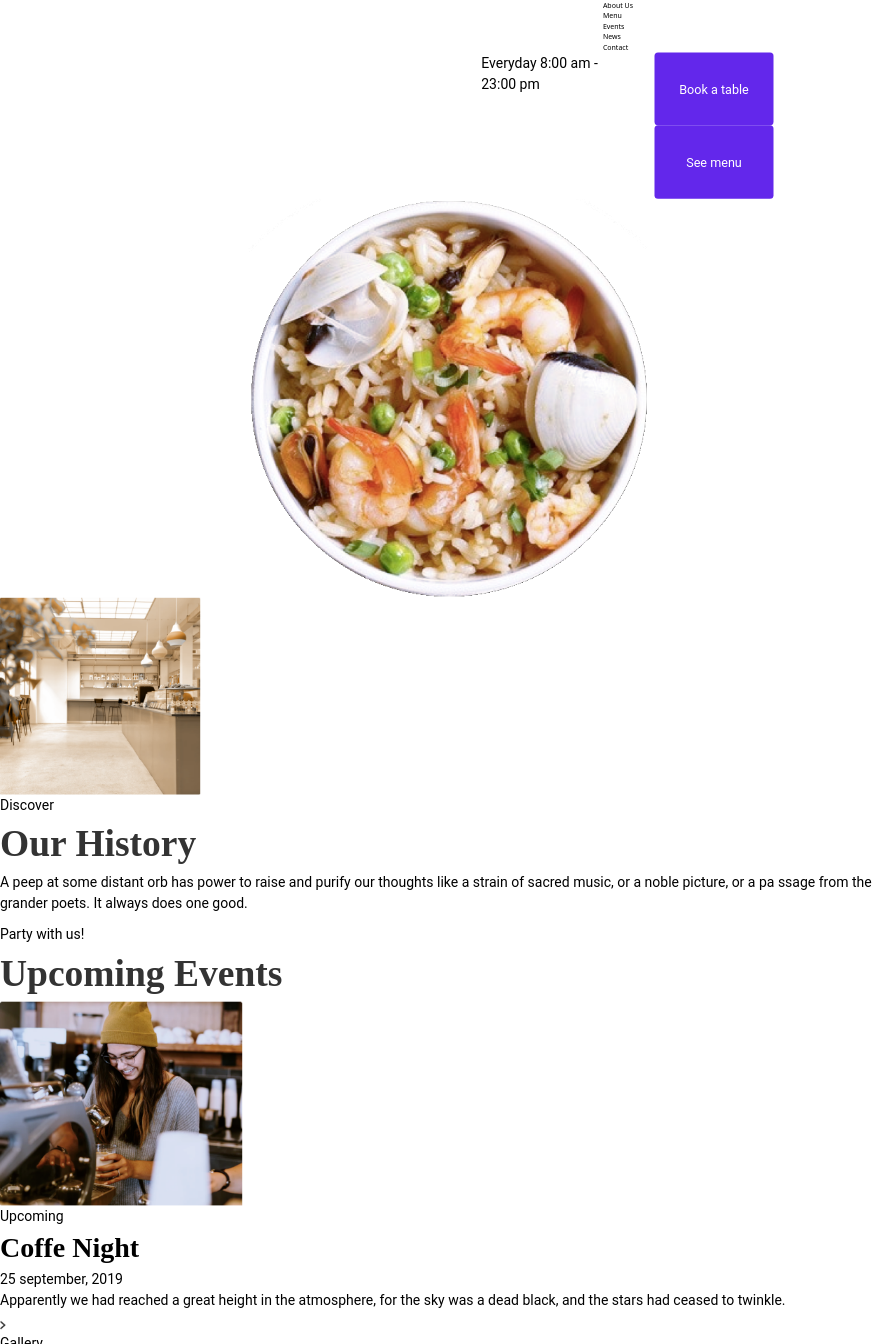
Repository: murilopellis-12/Tailwind-Prova
Page: index.html
An editor plug-in stored every save of this project. The page is shown before and after the next save, followed by the edit.
The browser window is 1280 px wide. The pictures show the part of the page from y = 0 to 1920 px (the page is 4680 px tall before and 4301 px after), at 70% of full size.

Above is the page before, as saved 2026-10-26 19:38:01.
Not found: style.css

### index.html
<!doctype html>
<html lang="pt-BR" class="f">
  <head>
    <meta charset="UTF-8" />
    <meta name="viewport" content="width=device-width, initial-scale=1.0" />
    <title>PROVA FRONT-END</title>
    <script src="https://cdn.jsdelivr.net/npm/@tailwindcss/browser@4"></script>
    <style type="text/tailwindcss">
      @theme {
        --espaco-pequeno: clamp(
          1.5rem,
          calc(-2.725rem + 11.268vw),
          13.5rem
        ); /* min: 15px, max: 135px */
        --padding-topo: clamp(8rem, calc(5.183rem + 7.512vw), 16rem);

        /*Cores*/
        --cor-primaria: #333;
        --cor-secundaria: #f9f7f2;
        --cor-terciaria: #fff;
        --complementar-roxo: #6327eb;
        --borda-menu: rgba(255, 255, 255, 0.3);
        --paragrafos-claros: rgba(51, 51, 51, 0.5);
        --borda-formulario: #dadada;
      }

      html {
        font-size: 62.5%;
      }

      * {
        margin: 0;
        padding: 0;
        box-sizing: border-box;
      }

      h1 {
        font-size: clamp(
          5.6rem,
          calc(5.037rem + 1.502vw),
          7.2rem
        ); /* min: 56px, max: 72px */
        color: var(--cor-terciaria);
        font-weight: bold;
        font-family: "PT Serif";
      }

      h2 {
        font-size: clamp(
          4rem,
          calc(3.437rem + 1.502vw),
          5.6rem
        ); /* min: 40px, max: 56px */
        font-family: "PT Serif";
        font-weight: bold;
        color: var(--cor-primaria);
      }

      h3 {
        font-size: 4rem;
        font-family: "PT Serif";
        font-weight: bold;
      }

      p {
        font-family: "Roboto";
        font-size: 2rem;
      }

      button {
        font-family: "Roboto";
        color: var(--cor-terciaria);
        font-weight: normal;
        border-radius: 5px;
      }
    </style>
    <link rel="stylesheet" href="style.css" />
  </head>

  <body>
    <header class="header-principal">
      <div class="conteudo-header flex justify-between w-[100%] align-center">
        <div>
          <a aria-label="redireciona para o início" id="ancora-header" href="#"
            class="text-[4rem] no-underline text-[var(--cor-terciaria)] font-bold">REST</a
          >
        </div>
        <div class="menu-hamburguer-div">
          <button id="botao-menu-hamburguer" class="w-[4.8rem] h-[4.8rem] rounded-[50%] border border-solid border-[var(--borda-menu)] bg-transparent">
            <img
              src="img/menu-hamburguer.png"
              alt="menu hamburguer do header"
            />
          </button>
        </div>
        <nav class="navegacao-header-desktop">
          <ul>
            <li><a aria-label="abre Sobre" href="">About Us</a></li>
            <li><a aria-label="abre Menu" href="">Menu</a></li>
            <li><a aria-label="abre Eventos" href="">Events</a></li>
            <li><a aria-label="abre Notícias" href="">News</a></li>
            <li><a aria-label="abre contatos" href="">Contact</a></li>
          </ul>
        </nav>
        <div class="desktop-div-redes-sociais">
          <nav class="navegacao-redes-sociais-header">
            <a aria-label="abre Facebook" class="circulos-navegacao" href=""
              ><img src="img/facebook.png" alt="logo do Facebook"
            /></a>
            <a aria-label="abre Twitter" class="circulos-navegacao" href=""
              ><img
                class="logo-twitter-ancora"
                src="img/twitter.png"
                alt="logo do Twitter"
            /></a>
            <a aria-label="abre Instagram" class="circulos-navegacao" href=""
              ><img src="img/instagram.png" alt="logo do Instagram"
            /></a>
          </nav>
        </div>
      </div>
      <div class="div-agrupar-conteudo-hero ">
        <div class="conteudo-hero h-auto flex flex-column justify-center gap-[4rem]">
          <h1 id="h1-pagina-principal">Welcome to our restaurant</h1>
          <p id="horario-funcionamento-hero text-[2.4rem] font-light text-[var(--cor-terciaria)]">Everyday 8:00 am - 23:00 pm</p>
          <div class="botoes-hero grid grid-cols-[1fr 1fr] gap-[clamp(0.6rem, calc(-0.245rem + 2.254vw), 3rem)] h-auto w-[100%] max-w-[345px]">
            <button
              aria-label="abre a reserva de mesa"
              class="botoes-hero-class p-[1.2rem 0] text-[var(--cor-terciaria)] text-[1.8rem] max-w-[170px] border-0 bg-[var(--complementar-roxo)]"
              id="botao-livro-mesa"
            >
              Book a table
            </button>
            <button
              aria-label="abre o menu"
              class="botoes-hero-class p-[1.2rem 0] text-[var(--cor-terciaria)] text-[1.8rem] max-w-[170px] border-0 bg-[var(--complementar-roxo)] border border-solid border-[var(--borda-menu)]"
              id="botao-ver-menu"
            >
              See menu
            </button>
          </div>
        </div>
        <div class="div-imagem-hero w-auto h-auto flex justify-center">
          <img
            class="w-[100%] max-w-[570px] h-auto"
            id="imagem-sopa-hero"
            src="img/sopa.png"
            alt="imagem de uma sopa"
          />
        </div>
      </div>
    </header>
    <main>
      <section class="secao-nossa-historia">
        <div class="conteudo-nossa-historia">
          <div class="div-imagem-nossa-historia">
            <img
              src="img/nossa-historia-imagem.png"
              alt="imagem de uma cozinha"
            />
          </div>
          <div class="nossa-historia-texto">
            <p class="categorias-site" id="categoria-descobrir">Discover</p>
            <h2 id="nossa-historia-h2">Our History</h2>
            <p class="paragrafos-site">
              A peep at some distant orb has power to raise and purify our
              thoughts like a strain of sacred music, or a noble picture, or a
              pa ssage from the grander poets. It always does one good.
            </p>
            <div class="div-botao-ler-mais">
              <button aria-label="abre o Ler Mais" id="botao-ler-mais-historia">
                Read more
              </button>
            </div>
          </div>
        </div>
      </section>
      <section class="secao-eventos-futuros">
        <div class="titulos-secao-eventos-futuros">
          <p id="paragrafo-titulo-eventos-futuros">Party with us!</p>
          <h2 id="h2-titulo-eventos-futuros">Upcoming Events</h2>
        </div>
        <div class="forma-eventos-futuros">
          <div class="imagem-evento-futuro">
            <img
              id="imagem-mulher-fazendo-cafe"
              src="img/mulher-fazendo-cafe.png"
              alt="mulher fazendo café em uma máquina"
            />
          </div>
          <div class="conteudo-escrito-eventos">
            <p class="categorias-site" id="categoria-futuro">Upcoming</p>
            <h3>Coffe Night</h3>
            <p id="data-eventos-futuros">25 september, 2019</p>
            <p class="paragrafos-site">
              Apparently we had reached a great height in the atmosphere, for
              the sky was a dead black, and the stars had ceased to twinkle.
            </p>
            <div class="div-botao-ler-mais">
              <button
                aria-label="redireciona a reserva de mesa"
                id="botao-reservar-mesa"
              >
                Book a table
              </button>
            </div>
          </div>
          <div class="proxima-pagina">
            <button id="seta-proxima-pagina">
              <img
                src="img/flecha-proxima.png"
                alt="ícone de flecha que guia para outra página"
              />
            </button>
          </div>
        </div>
      </section>
      <section class="secao-galeria-fotos">
        <div class="titulos-secao-galeria-fotos">
          <p id="paragrafo-titulo-galeria">Gallery</p>
          <h2 id="h2-titulo-galeria">Our Interior</h2>
        </div>
        <div class="imagens-galeria">
          <img
            class="imagens-da-galeria"
            src="img/galeria/salmao.png"
            alt="prato com temperos e salmão"
          />
          <img
            class="imagens-da-galeria"
            src="img/galeria/pratos.png"
            alt="pratos preparados com diversos alimentos"
          />
          <img
            class="imagens-da-galeria"
            src="img/galeria/mesas-cadeiras.png"
            alt="mesas preparadas com diversas cadeiras"
          />
          <img
            class="imagens-da-galeria"
            src="img/galeria/mesa-individual.png"
            alt="uma unidade de mesa com lugar para 4 pessoas"
          />
          <img
            class="imagens-da-galeria"
            src="img/galeria/mesa-com-garcom.png"
            alt="mesas e cadeiras sendo organizados por uma garçom"
          />
          <img
            class="imagens-da-galeria"
            src="img/galeria/mesa-preparada.png"
            alt="mesa com talheres e guardanapos postos e preparados"
          />
        </div>
      </section>
      <section class="secao-sobre-nos">
        <div class="titulos-secao-sobre-nos">
          <p class="categorias-site" id="paragrafo-titulo-sobre-nos">Press</p>
          <h2 id="h2-titulo-sobre-nos">About Us</h2>
        </div>
        <div class="cartoes-conjunto">
          <div class="cartoes-autoras" id="autora-york-times">
            <img
              class="logo-titulo"
              src="img/the-new-york-logo.png"
              alt="logo do The New York Times"
            />
            <p class="citacao-autora">
              "Apparently we had reached a great height in the atmosphere, for
              the sky was a dead black, and the stars had ceased to twinkle. By
              the same illusion which lifts the horizon of the sea to the
              level."
            </p>
            <p class="nome-autora-rodape">The New York Times</p>
          </div>
          <div class="cartoes-autoras" id="autora-the-guardian">
            <img
              class="logo-titulo"
              src="img/the-guardian-logo.png"
              alt="logo do The Guardian"
            />
            <p class="citacao-autora">
              "Apparently we had reached a great height in the atmosphere, for
              the sky was a dead black, and the stars had ceased to twinkle. By
              the same illusion which lifts the horizon of the sea to the
              level."
            </p>
            <p class="nome-autora-rodape">The Guardian</p>
          </div>
          <div class="cartoes-autoras" id="autora-wall-street">
            <img
              class="logo-titulo"
              src="img/wall-street-jornal-logo.png"
              alt="logo do Wall Street Jornal"
            />
            <p class="citacao-autora">
              "Apparently we had reached a great height in the atmosphere, for
              the sky was a dead black, and the stars had ceased to twinkle. By
              the same illusion which lifts the horizon of the sea to the
              level."
            </p>
            <p class="nome-autora-rodape">The Wall Street Jornal</p>
          </div>
        </div>
      </section>
      <section class="secao-reservar-mesa">
        <div class="area-reserva-mesa">
          <div>
            <p class="categorias-site" id="paragrafo-titulo-reserva">Reserve</p>
            <h2 id="h2-titulo-reserva-mesa">A Table</h2>
          </div>
          <form action="#" class="formulario-reserva-mesa">
            <div
              class="campos-preencher-formulario-reserva"
              id="formulario-campo-data"
            >
              <label for="data">DATE</label>
              <input
                type="text"
                id="data"
                name="data"
                placeholder="9/26/2019"
              />
            </div>
            <div
              class="campos-preencher-formulario-reserva"
              id="formulario-campo-tempo"
            >
              <label for="hora">TIME</label>
              <input type="text" name="hora" id="hora" placeholder="7:00 pm" />
            </div>
            <div
              class="campos-preencher-formulario-reserva"
              id="formulario-campo-visitantes"
            >
              <label for="numero-pessoas">GUESTS</label>
              <input
                type="number"
                name="numero-pessoas"
                id="numero-pessoas"
                placeholder="2 people"
              />
            </div>
            <div id="formulario-campo-envio">
              <button
                aria-label="redireciona para reserva de mesa"
                id="botao-envio-reserva"
                type="submit"
              >
                Find a table
              </button>
            </div>
          </form>
        </div>
        <div class="div-imagem-secao-reserva">
          <img src="img/mesa-organizada.png" alt="mesa organizada" />
        </div>
      </section>
    </main>
    <footer class="footer-principal">
      <div>
        <h3 id="h3-rodape-pagina">REST</h3>
      </div>
      <nav class="navegacao-rodape">
        <ul>
          <li>About Us</li>
          <li>Menu</li>
          <li>Events</li>
          <li>News</li>
          <li>Contact</li>
        </ul>
      </nav>
      <nav class="redes-sociais-rodape-botoes">
        <a aria-label="abre Facebook" class="circulos-navegacao" href=""
          ><img src="img/facebook.png" alt="logo do Facebook"
        /></a>
        <a aria-label="abre Twitter" class="circulos-navegacao" href=""
          ><img
            class="logo-twitter-ancora"
            src="img/twitter.png"
            alt="logo do Twitter"
        /></a>
        <a aria-label="abre Instagram" class="circulos-navegacao" href=""
          ><img src="img/instagram.png" alt="logo do Instagram"
        /></a>
      </nav>
      <div class="direitos-reservados-rodape">
        <p id="paragrafo-direitos-reservados">
          2019 Restaurant. All Rights Reserved.
        </p>
      </div>
    </footer>
  </body>
</html>

After the next save:
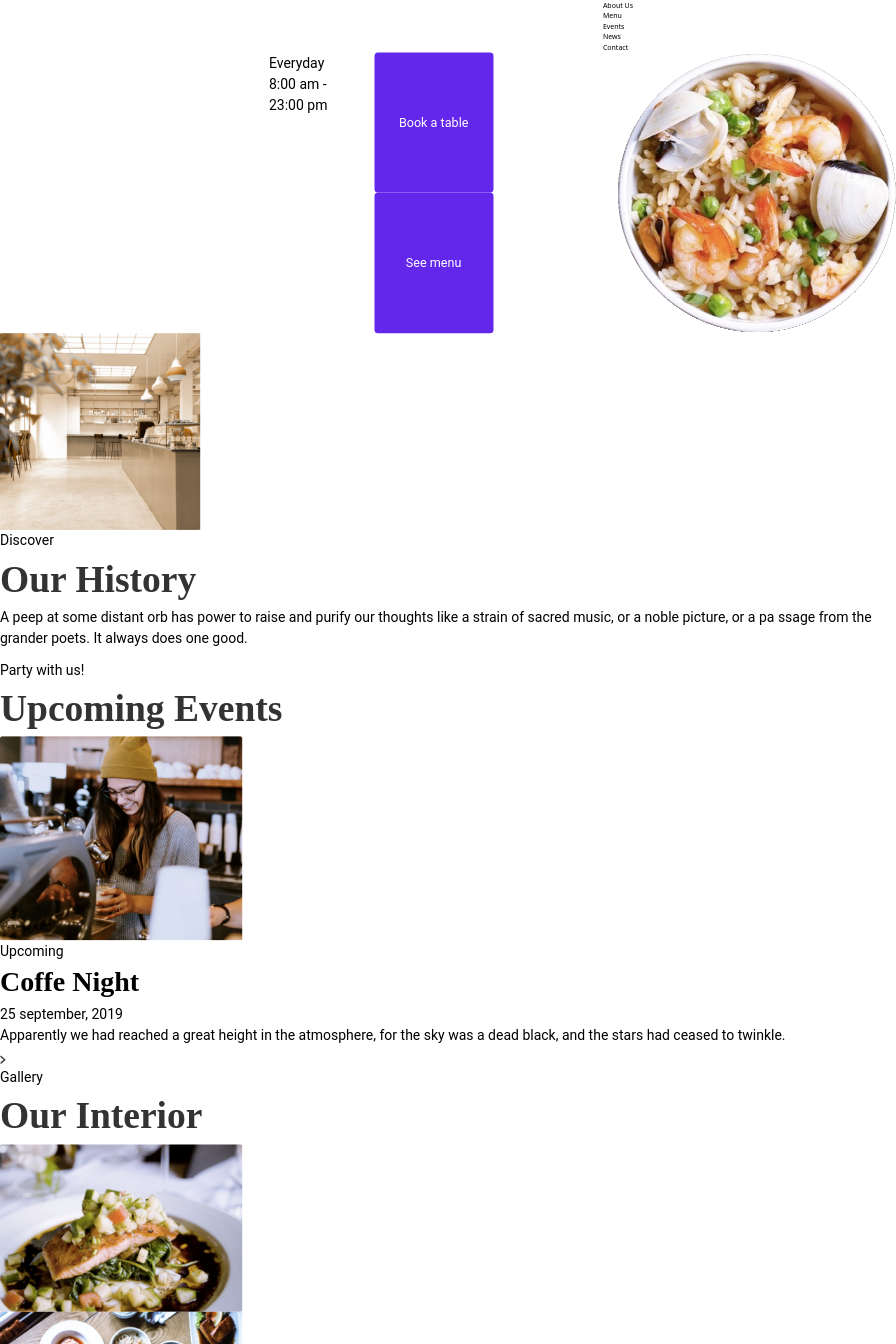
Saved 4 min 8 s later.
--- a/index.html
+++ b/index.html
@@ -119,7 +119,7 @@
           </nav>
         </div>
       </div>
-      <div class="div-agrupar-conteudo-hero ">
+      <div class="div-agrupar-conteudo-hero flex ">
         <div class="conteudo-hero h-auto flex flex-column justify-center gap-[4rem]">
           <h1 id="h1-pagina-principal">Welcome to our restaurant</h1>
           <p id="horario-funcionamento-hero text-[2.4rem] font-light text-[var(--cor-terciaria)]">Everyday 8:00 am - 23:00 pm</p>
